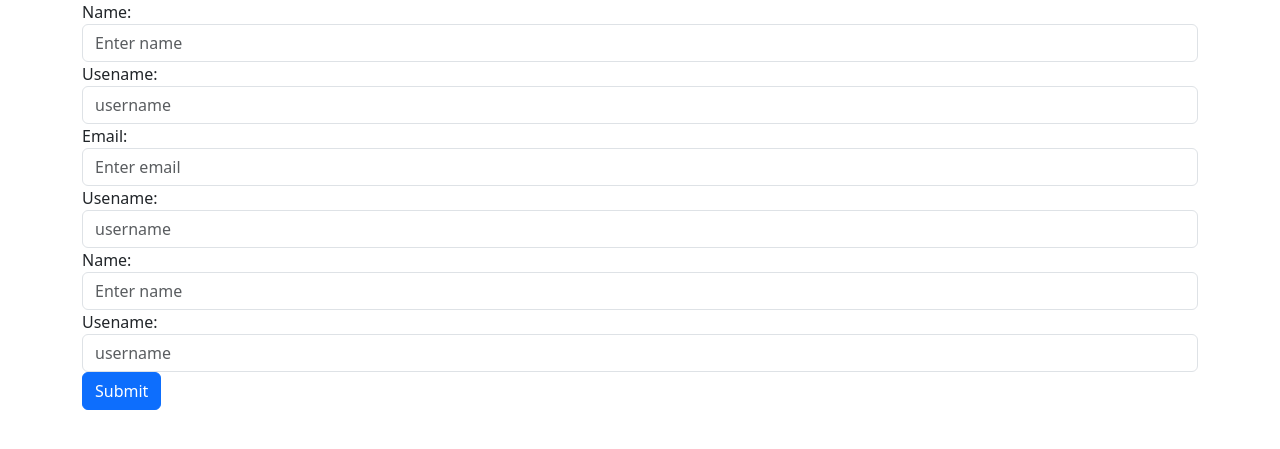
Repository: AyushMahatara/PHP-Simple-CRUD-with-JSON
Page: http://localhost/user/update.php?id=4
The author's editor kept a copy of each file at every save. The page is drawn from the files as they stood at one save, then again after the next save.
The browser window is 1280 px wide. The pictures show the whole page.
The page is run by PHP 8.4 with error messages shown; the project is at /var/www/html/.

Above is the page before, as saved 2024-03-20 16:58:37.

### user/update.php
<?php
include '../partials/header.php';
require './users.php';

if (!isset($_GET['id'])) {
    include "../partials/not_found.php";
    exit;
}

$userId = $_GET['id'];

$user = getUserById($userId);

if (!$user) {
    include "../partials/not_found.php";

    exit;
}
?>

<div class="container">

    <form method="POST" enctype="multipart/form-data">
        <div class="form-group">
            <label>Name:</label>
            <input type="name" name="name" class="form-control" placeholder="Enter name">
        </div>
        <div class="form-group">
            <label>Usename:</label>
            <input type="username" name="username" class="form-control" placeholder="username">
        </div>
        <div class="form-group">
            <label>Email:</label>
            <input type="email" name="email" class="form-control" placeholder="Enter email">
        </div>
        <div class="form-group">
            <label>Usename:</label>
            <input type="username" name="username" class="form-control" placeholder="username">
        </div>

        <div class="form-group">
            <label>Name:</label>
            <input type="name" name="name" class="form-control" placeholder="Enter name">
        </div>
        <div class="form-group">
            <label>Usename:</label>
            <input type="username" name="username" class="form-control" placeholder="username">
        </div>


        <button type="submit" class="btn btn-primary">Submit</button>
    </form>

</div>

<?php
include '../partials/footer.php';
?>

### partials/header.php
<!DOCTYPE html>
<html lang="en">

<head>
    <meta charset="UTF-8">
    <meta name="viewport" content="width=device-width, initial-scale=1.0">
    <link href="https://cdn.jsdelivr.net/npm/bootstrap@5.3.3/dist/css/bootstrap.min.css" rel="stylesheet" integrity="sha384-QWTKZyjpPEjISv5WaRU9OFeRpok6YctnYmDr5pNlyT2bRjXh0JMhjY6hW+ALEwIH" crossorigin="anonymous">
    <title>Document</title>
</head>

<body>

### user/users.php
<?php

function getUsers()
{
    return json_decode(file_get_contents('./users.json'), true);

    // echo '<pre>';
    // var_dump($users);
    // echo '<pre>';
}


function getUserById($id)
{
    $users = getUsers();
    foreach ($users as $user) {
        if ($user['id'] == $id) {
            return $user;
        }
    }
    return null;
}


function createUser($data)
{
}


function updateUser($data, $id)
{
}

function deleteUser($id)
{
}

### user/users.json
[
  {
    "id": 4,
    "name": "Patricia Lebsack",
    "username": "Karianne",
    "email": "Julianne.OConner@kory.org",
    "phone": "123451234",
    "website": "kale.biz",
    "extension": "jpg"
  },
  {
    "id": 5,
    "name": "Chelsey Dietrich",
    "username": "Kamren",
    "email": "Lucio_Hettinger@annie.ca",
    "phone": "453218563",
    "website": "demarco.info",
    "extension": "jpg"
  },
  {
    "id": 6,
    "name": "Mrs. Dennis Schulist",
    "username": "Leopoldo_Corkery",
    "email": "Karley_Dach@jasper.info",
    "phone": "1078412367",
    "website": "ola.org",
    "extension": "jpg"
  },
  {
    "id": 7,
    "name": "Kurtis Weissnat",
    "username": "Elwyn.Skiles",
    "email": "Telly.Hoeger@billy.biz",
    "phone": "210.067.6132",
    "website": "elvis.io"
  },
  {
    "id": 8,
    "name": "Nicholas Runolfsdottir V",
    "username": "Maxime_Nienow",
    "email": "Sherwood@rosamond.me",
    "phone": "586.493.6943 x140",
    "website": "jacynthe.com"
  },
  {
    "id": 9,
    "name": "Glenna Reichert",
    "username": "Delphine",
    "email": "Chaim_McDermott@dana.io",
    "phone": "(775)976-6794 x41206",
    "website": "conrad.com"
  },
  {
    "id": 10,
    "name": "Clementina DuBuque",
    "username": "Moriah.Stanton",
    "email": "Rey.Padberg@karina.biz",
    "phone": "024-648-3804",
    "website": "ambrose.net"
  },
  {
    "name": "John Doe",
    "username": "john22",
    "email": "",
    "phone": "12345",
    "website": "",
    "id": 1879571,
    "extension": "jpg"
  }
]

### partials/footer.php
</body>

<script src="https://cdn.jsdelivr.net/npm/bootstrap@5.3.3/dist/js/bootstrap.bundle.min.js" integrity="sha384-YvpcrYf0tY3lHB60NNkmXc5s9fDVZLESaAA55NDzOxhy9GkcIdslK1eN7N6jIeHz" crossorigin="anonymous"></script>


</html>

After the next save:
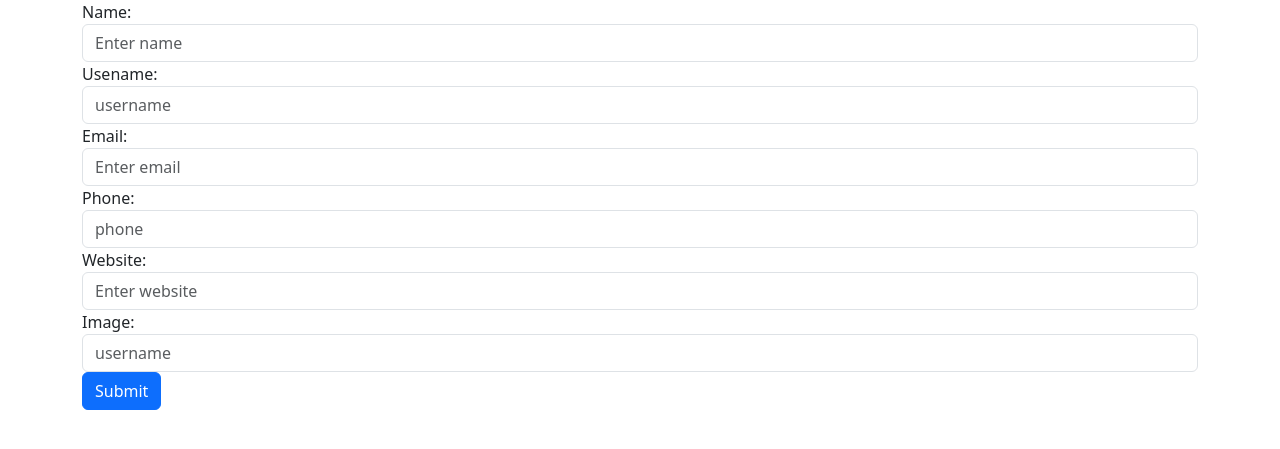
Saved 53 s later.
--- a/user/update.php
+++ b/user/update.php
@@ -34,16 +34,16 @@ if (!$user) {
             <input type="email" name="email" class="form-control" placeholder="Enter email">
         </div>
         <div class="form-group">
-            <label>Usename:</label>
-            <input type="username" name="username" class="form-control" placeholder="username">
+            <label>Phone:</label>
+            <input type="phone" name="phone" class="form-control" placeholder="phone">
         </div>
 
         <div class="form-group">
-            <label>Name:</label>
-            <input type="name" name="name" class="form-control" placeholder="Enter name">
+            <label>Website:</label>
+            <input type="website" name="wensite" class="form-control" placeholder="Enter website">
         </div>
         <div class="form-group">
-            <label>Usename:</label>
+            <label>Image:</label>
             <input type="username" name="username" class="form-control" placeholder="username">
         </div>
 
